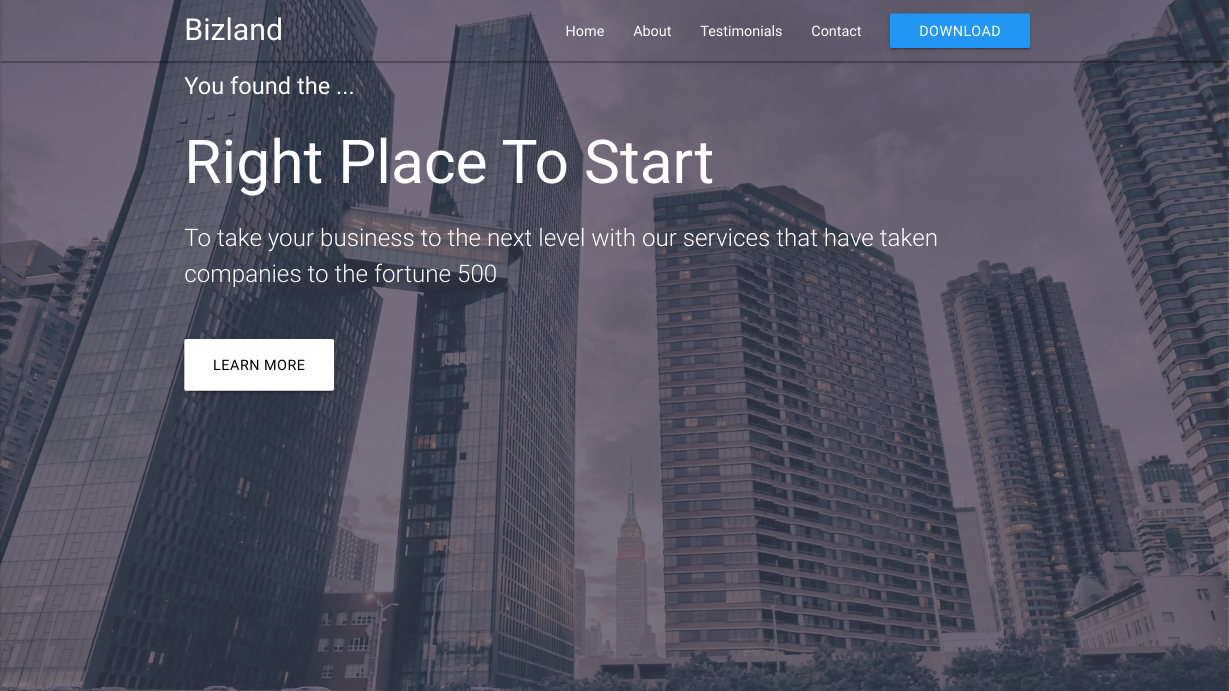
Repository: farrdy/bizland
Page: index.html
The author's editor kept a copy of each file at every save. The page is drawn from the files as they stood at one save, then again after the next save.
The browser window is 1280 px wide. The pictures show the whole page, at 96% of full size.
Some web libraries are served in a nearby version.

Above is the page before, as saved 2020-01-04 10:41:11.

### index.html
<!DOCTYPE html>
<html>
  <head>
    <!--Import Google Icon Font-->
    <link
      href="https://fonts.googleapis.com/icon?family=Material+Icons"
      rel="stylesheet"
    />
    <!--Import materialize.css-->
    <link
      type="text/css"
      rel="stylesheet"
      href="css/materialize.min.css"
      media="screen,projection"
    />
    <link type="text/css" rel="stylesheet" href="css/main.css" />
    <!--Let browser know website is optimized for mobile-->
    <meta name="viewport" content="width=device-width, initial-scale=1.0" />
    <title>Bizland Theme</title>
  </head>

  <body>
    <header class="main-header">
      <div class="primary-overlay">
        <div class="navbar-fixed">
          <nav class="transparent">
            <div class="container">
              <div class="nav-wrapper">
                <a href="#home" class="brand-logo">Bizland</a>
                <a href="#" class="button-collapse" data-activates="mobile-nav">
                  <i class="material-icons">menu</i>
                </a>
                <ul class=" right hide-on-med-and-down">
                  <li>
                    <a href="#home">Home</a>
                  </li>
                  <li>
                    <a href="#about">About</a>
                  </li>
                  <li>
                    <a href="#testimonials">Testimonials</a>
                  </li>
                  <li>
                    <a href="#contact">Contact</a>
                  </li>
                  <li>
                    <a href="#" class="btn blue">Download</a>
                  </li>
                </ul>
              </div>
            </div>
          </nav>
        </div>
        <ul class="side-nav" id="mobile-nav">
          <h4 class="blue-grey darken-3  center">
            Bizland
          </h4>
          <li>
            <a href="#" class="devider"></a>
          </li>
          <li>
            <a href="#home">Home</a>
          </li>
          <li>
            <a href="#about">About</a>
          </li>
          <li>
            <a href="#testimonials">Testimonials</a>
          </li>
          <li>
            <a href="#contact">Contact</a>
          </li>
        </ul>

        <!-- showcase -->
        <div class="showcase container">
          <div class="row">
            <div class="col s12 main-text">
              <h5>You found the ...</h5>
              <h1>Right Place To Start</h1>
              <p class="flow-text">
                To take your business to the next level with our services that
                have taken companies to the fortune 500
              </p>
              <br />
              <a href="" class="btn btn-large white black-text">Learn More</a>
              <a href="#about" class="white-text"
                ><i class="material-icons medium scroll-icon">
                  arrow_drop_down_circle
                </i></a
              >
            </div>
          </div>
        </div>
      </div>
    </header>

    <!--Import jQuery before materialize.js-->
    <script
      type="text/javascript"
      src="https://code.jquery.com/jquery-3.2.1.min.js"
    ></script>
    <script type="text/javascript" src="js/materialize.min.js"></script>
    <script>
      $(document).ready(function() {
        $(".button-collapse").sideNav();

        //scrollfire
        const options = [
          {
            selector: ".main-text",
            offset: 0,
            callback: function(el) {
              Materialize.fadeInImage($(el));
            }
          }
        ];

        Materialize.scrollFire(options);
      });
    </script>
  </body>
</html>

### css/main.css
.primary-overlay {
  background: rgba(63, 57, 77, 0.7);
  position: absolute;
  top: 0;
  left: 0;
  width: 100%;
  height: 100%;
  overflow: hidden;
}

.main-header {
  background: url(../img/showcase.jpg);
  background-size: cover;
  background-position: center;
  height: 100vh;
  min-height: 600px;
  color: #fff;
  position: relative;
}

.main-hedare .showcase {
  padding-top: 110px;
}

.scroll-icon {
  position: absolute;
  bottom: 5%;
  left: 47%;
  opacity: 0.5%;
}

Loaded but not shown: css/materialize.min.css (library); js/materialize.min.js (library)

After the next save:
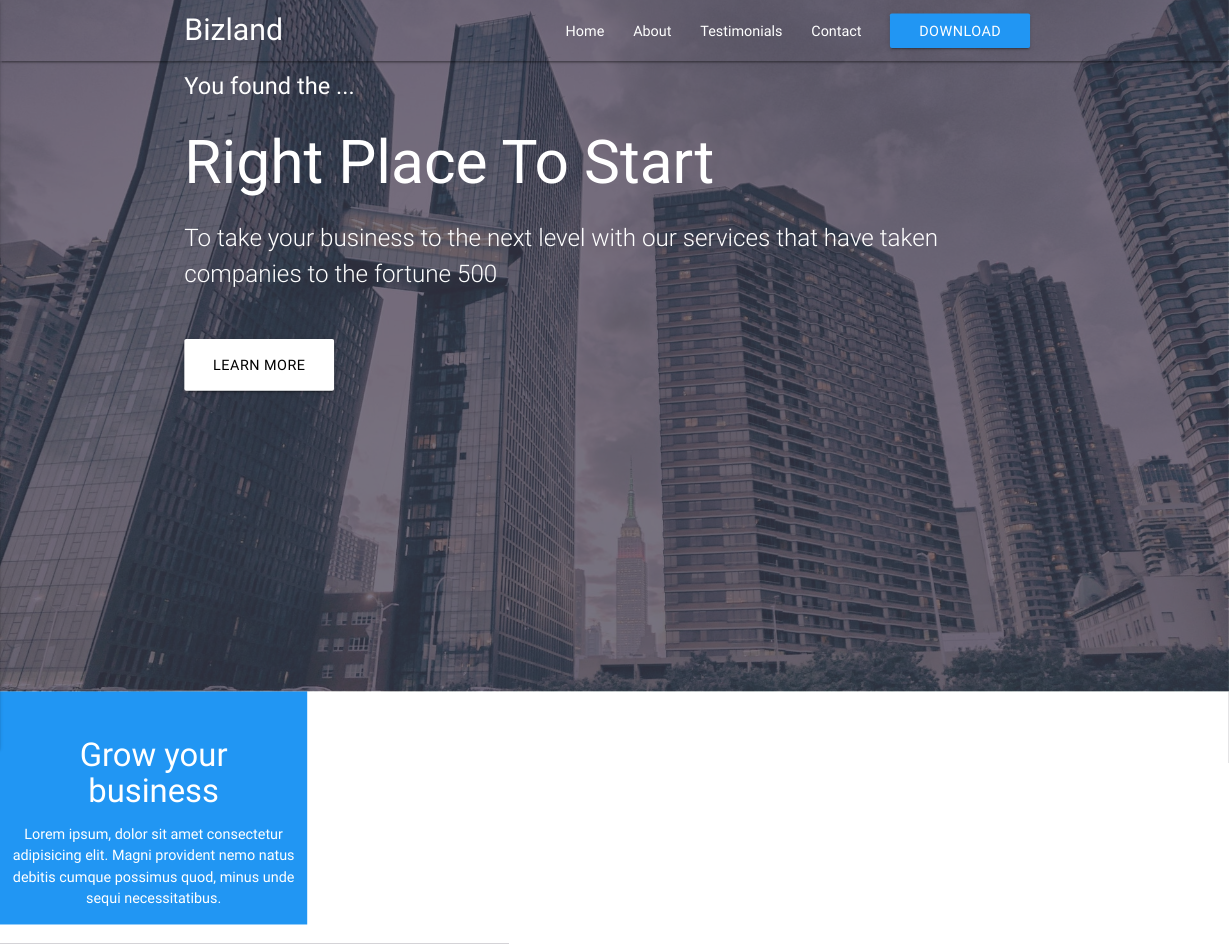
Saved 2 h 58 min later.
--- a/index.html
+++ b/index.html
@@ -94,6 +94,19 @@
         </div>
       </div>
     </header>
+    <section class="section-boxes center">
+      <div class="row">
+        <div class="col s12 m6 l3 blue white-text box">
+          <i class="material-icons">show_cart</i>
+          <h4>Grow your business</h4>
+          <p>
+            Lorem ipsum, dolor sit amet consectetur adipisicing elit. Magni
+            provident nemo natus debitis cumque possimus quod, minus unde sequi
+            necessitatibus.
+          </p>
+        </div>
+      </div>
+    </section>
 
     <!--Import jQuery before materialize.js-->
     <script
